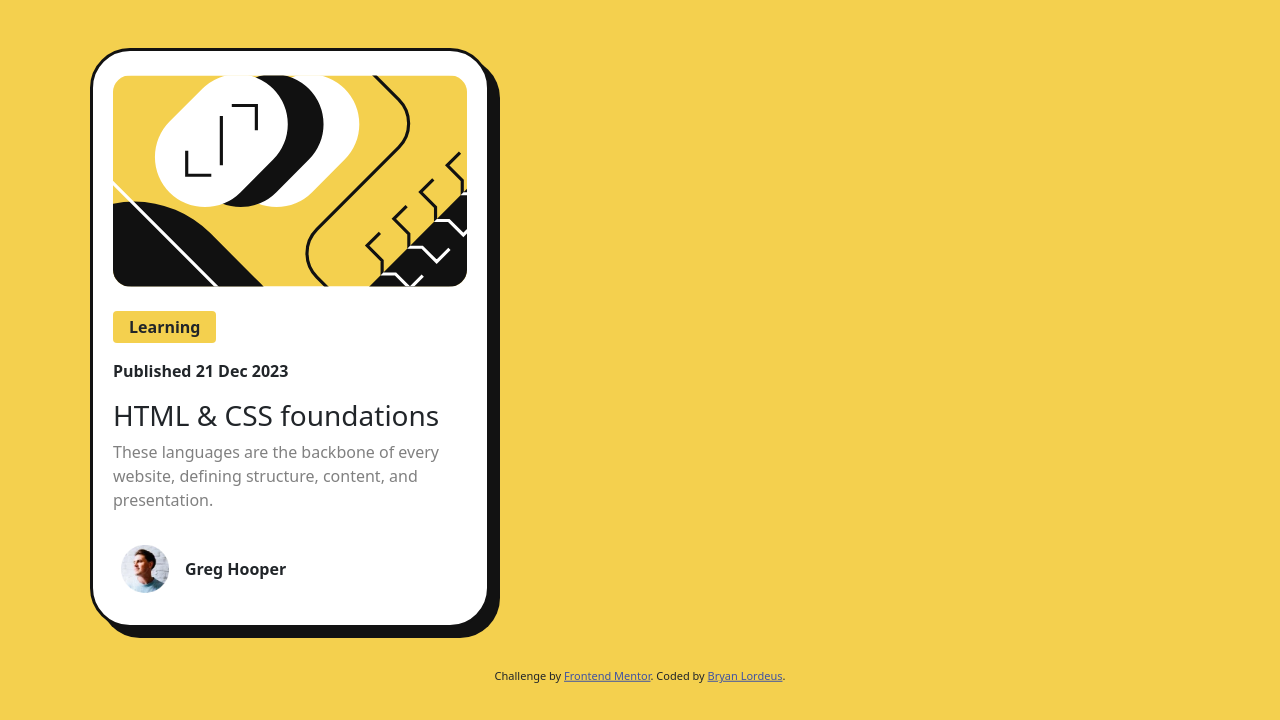
Repository: blordeus/blog-preview-card
Page: index.html
An editor plug-in stored every save of this project. The page is shown before and after the next save, followed by the edit.
The browser window is 1280 px wide. The pictures show the whole page.
The style sheet was rebuilt from its Sass, Less or Tailwind sources for each picture, by a compiler version that may differ from the author's.

Above is the page before, as saved 2024-02-10 11:01:41.

### index.html
<!DOCTYPE html>
<html lang="en">
<head>
  <meta charset="UTF-8">
  <meta name="viewport" content="width=device-width, initial-scale=1.0"> <!-- displays site properly based on user's device -->

  <link rel="icon" type="image/png" sizes="32x32" href="./assets/images/favicon-32x32.png">
  <link rel="stylesheet" href="style.css">
  <link href="https://cdn.jsdelivr.net/npm/bootstrap@5.1.3/dist/css/bootstrap.min.css" rel="stylesheet" integrity="sha384-1BmE4kWBq78iYhFldvKuhfTAU6auU8tT94WrHftjDbrCEXSU1oBoqyl2QvZ6jIW3" crossorigin="anonymous">
  <title>Frontend Mentor | Blog preview card</title>

</head>
<body class="yellow-bg container">
<main class=" white-bg black-shadow row py-4 px-2 mx-2 my-5 grid grid-rows-4 justify-items-center align-content-start">
    <img class="img-header rounded-edges" src="assets\images\illustration-article.svg" alt="header image">
    <div class="mt-4">
      <p class="yellow-bg d-inline-block px-3 py-1 rounded fw-bold">Learning</p>
    </div>

    <p class="fw-bold">Published 21 Dec 2023</p>

    <h1 class="h3">HTML & CSS foundations</h1>

    <p class="grey-text">These languages are the backbone of every website, defining structure, content, and presentation.</p>

    <div class="d-flex gap-2 pt-2 align-items-center">
      <img class="greg" src="assets\images\image-avatar.webp" alt="author image">
      <p class="mt-3 fw-bold">Greg Hooper</p>
    </div>

</main>
<div class="attribution d-none d-sm-block translate-middle-y">
    Challenge by <a href="https://www.frontendmentor.io?ref=challenge" target="_blank">Frontend Mentor</a>.
    Coded by <a href="www.bryanlordeus.com">Bryan Lordeus</a>.
  </div>
</body>
</html>

### style.scss
@font-face {
    font-family: Figtree;
    src: url(./assets/fonts/Figtree-VariableFont_wght.ttf);
}

@font-face {
    font-family: Figtree-Italic;
    src: url(./assets/fonts/Figtree-Italic-VariableFont_wght.ttf) format("truetype");
    font-style: italic;
}

// Primary

$Yellow: hsl(47, 88%, 63%);

// Neutral

$White: hsl(0, 0%, 100%);
$Grey: hsl(0, 0%, 50%);
$Black: hsl(0, 0%, 7%);

body {
    font-family: Figtree;
}

main{
    border-radius: 10px;
}

.rounded-edges {
    border-radius: 5%;
}

p {
    font-size: 16px;
}


.yellow-bg {
    background-color: $Yellow;

}

.black-bg {
    background-color: $Black;
}

//create a black shadow for the box that offsets to the right and bottom

.black-shadow {
    box-shadow: 10px 10px 0px $Black;
    border: 2px solid $Black;
}

.grey-text {
    color: $Grey;
}

.white-bg {
    background-color: $White;
}

.black-text {
    color: $Black;
}

.greg {
    scale: 0.75;
}

.attribution { font-size: 11px; text-align: center; }
.attribution a { color: hsl(228, 45%, 44%); }

//media query for desktop

@media (min-width: 768px) {
    .black-shadow {
        box-shadow: 10px 10px 0px $Black;
        border: 3px solid $Black;
    }

    .img-header {
        max-width: 100%;
    }

    //reduce main box size and center it to screen

    main {
        max-width: 400px;
        border-radius: 40px;
        margin-inline: auto;
        //center box to screen
    }

    .rounded-edges {
        border-radius: 8%;
    }

}

After the next save:
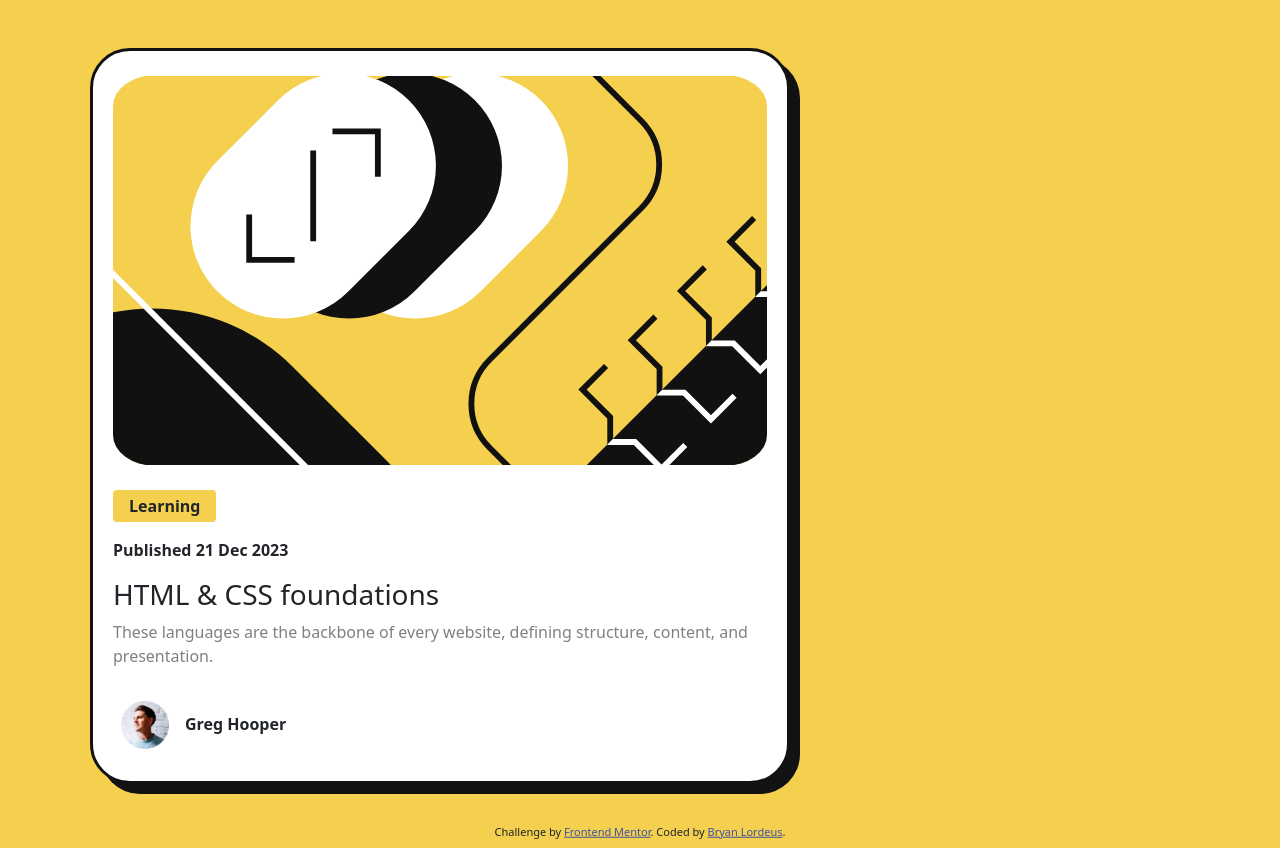
Saved 4 s later.
--- a/style.scss
+++ b/style.scss
@@ -86,7 +86,7 @@ p {
     //reduce main box size and center it to screen
 
     main {
-        max-width: 400px;
+        max-width: 700px;
         border-radius: 40px;
         margin-inline: auto;
         //center box to screen
